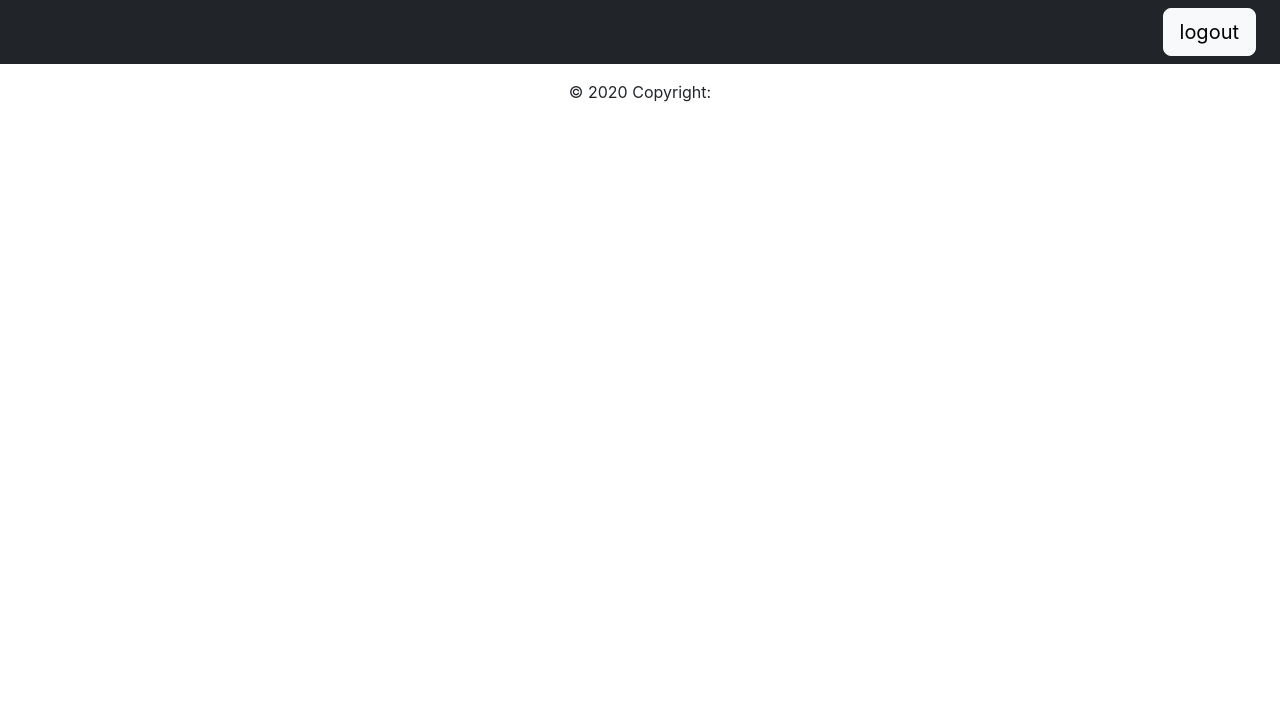
Repository: Sakshamccna/React
Page: /Home
The author's editor kept a copy of each file at every save. The page is drawn from the files as they stood at one save, then again after the next save.
The browser window is 1280 px wide. The pictures show the whole page.
The project was rebuilt for these pictures with package versions that can differ from the ones it lists, and the page was loaded fresh each time.

Above is the page before, as saved 2022-12-26 10:27:45.

After the next save:
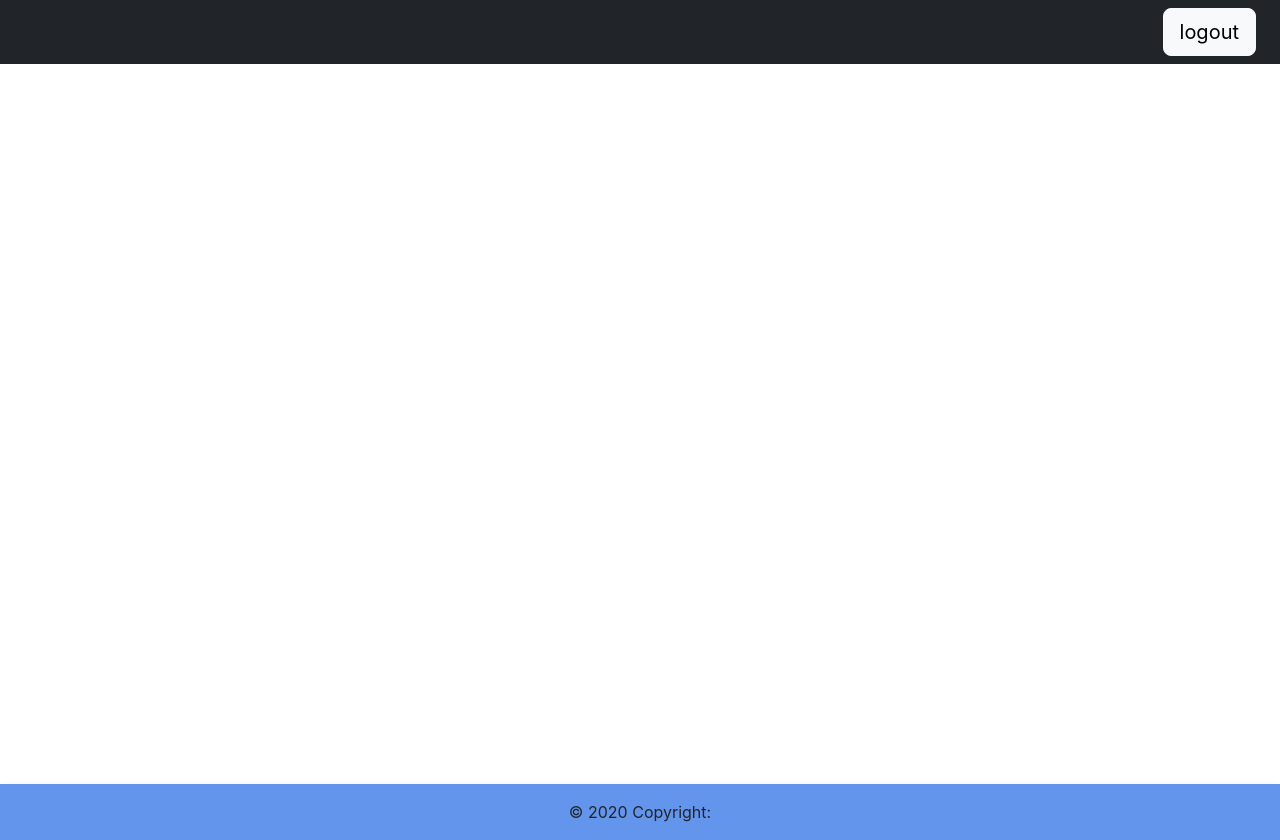
Saved 19 s later.
--- a/src/Components/Footers.tsx
+++ b/src/Components/Footers.tsx
@@ -1,4 +1,5 @@
 import React from 'react'
+import "./footer.css"
 
 function Footers() {
     return (
